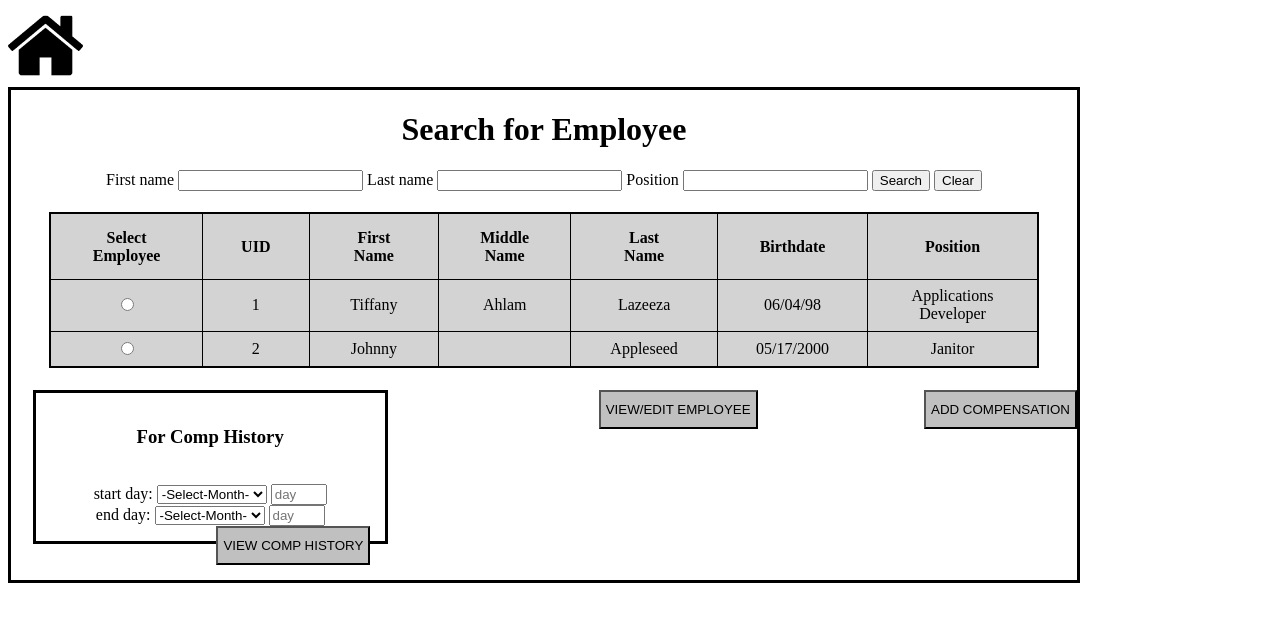
Repository: ticross18/SpringBootEmployeeSystem
Page: http://localhost/searchEmp
The author's editor kept a copy of each file at every save. The page is drawn from the files as they stood at one save, then again after the next save.
The browser window is 1280 px wide. The pictures show the whole page.
The page is this project's Thymeleaf template; nobody is signed in. The template is opened directly, without the code that normally fills it, so the values that code supplies are empty.

Above is the page before, as saved 2022-05-17 18:09:42.

### EmploymentSystem/src/main/resources/templates/searchEmp.html
<!DOCTYPE html>
<html>
<head>
	<title>Search for Employee</title>
	<meta charset="UTF-8">
	<meta name="viewport" content="width=device-width, initial-scale=1.0">
	<link href="css/screens.css" rel="stylesheet" type="text/css">
</head>
<body>

<a href="/"><img src="images/homeIcon2.png" id="homeButton" alt="home button"></a>

<div id="SearchEmpBox" >
	<h1 id="title">Search for Employee</h1>

	<form>
		<label for="fname">First name </label>
		<input type="text" id="fname" name="fname">
		<label for="lname">Last name  </label>
		<input type="text" id="lname" name="lname">
		<label for="position">Position</label>
		<input type="text" id="position" name="position">
		<button type="button" name ="search">Search</button>
		<button type="clear" name ="clear">Clear</button>
	</form>

	<table border=1  rules=rows id="results" >
		<tr>
			<th>Select Employee</th>
			<th>UID</th>
			<th>First Name</th>
			<th>Middle Name</th>
			<th>Last Name</th>
			<th>Birthdate</th>
			<th>Position</th>
		</tr>
		 <tr class="entries">
			<td><input type="radio" name="edit" class="editEmp"/></td>
			<td>1</td>
			<td>Tiffany</td>
			<td>Ahlam</td>
			<td>Lazeeza</td>
			<td>06/04/98</td>
			<td>Applications Developer</td>
		</tr>
		 <tr class="entries">
			<td><input type="radio" name="edit" class="editEmp"/></td>
			<td>2</td>
			<td>Johnny</td>
			<td></td>
			<td>Appleseed</td>
			<td>05/17/2000</td>
			<td>Janitor</td>
		</tr>

	</table>

     <button type="button" class="optionButtons" onclick="location.href = '#';"  id="addEmp" > Add Compensation </button>

     <button type="button" class="optionButtons" onclick="location.href = '#';" id="viewEditEmp"> View/Edit Employee </button>

	<div id="dateRange">
		<h3>For Comp History</h3><br>

		<label >start day:</label>
		    <select class='monthDropDown'>
			    <option selected value=''>-Select-Month-</option>
			    <option value='1'>January</option>
			    <option value='2'>February</option>
			    <option value='3'>March</option>
			    <option value='4'>April</option>
			    <option value='5'>May</option>
			    <option value='6'>June</option>
			    <option value='7'>July</option>
			    <option value='8'>August</option>
			    <option value='9'>September</option>
			    <option value='10'>October</option>
			    <option value='11'>November</option>
			    <option value='12'>December</option>
		    </select>
		    <input type="number"min="0" max="31" placeholder="day"/>

		    <br>

		<label>end day:</label>
		<select class='monthDropDown'>
		    <option selected value=''>-Select-Month-</option>
		    <option value='1'>January</option>
		    <option value='2'>February</option>
		    <option value='3'>March</option>
		    <option value='4'>April</option>
		    <option value='5'>May</option>
		    <option value='6'>June</option>
		    <option value='7'>July</option>
		    <option value='8'>August</option>
		    <option value='9'>September</option>
		    <option value='10'>October</option>
		    <option value='11'>November</option>
		    <option value='12'>December</option>
	    </select>
	    <input type="number"min="0" max="31" placeholder="day"/>
	     <br><button type="button" class="optionButtons" onclick="location.href = '#';" id="compHistory" > View Comp History </button>

	</div>


</div>
</body>
</html>

### EmploymentSystem/src/main/resources/static/css/screens.css
.container {
   display: flex;

}

#homeButton{
	width:75px;
	height:75px;
	position: relative;
}

.asterisk{
	color: red;
}

#addEmpBox {
	padding-left: 40vw;
	border: 3px solid rgb(0, 0, 0);
	padding-bottom: 15px;
}

#addEmpBox input {
	margin-bottom: 15px;
	padding: 2px;
}

#SearchEmpBox {
	border: 3px solid rgb(0, 0, 0);
	padding-bottom: 15px;
	margin-right: 15vw;
	text-align: center;
}

#userInput {
	display:inline-table;
}

#results {
	border: 2px solid black;
	margin: 10px;
	background-color: lightgrey;
	border-collapse: collapse;
	margin:  3vh 3vw;
}

#results th {
	padding: 2vh 3vw;
	border-left: 1px solid #000;
    border-right: 1px solid #000;
}

#results td {
	padding: 1vh 3vw ;
	border-left: 1px solid #000;
    border-right: 1px solid #000;

}

#finalEdit{
	text-align: left;
	position: left;
}

button.optionButtons {
	text-transform: uppercase;
	background-color: rgb(192, 192, 192);

	padding: 10px 5px;
	width:  auto ;

	float:right;
	margin-left: 13vw;
}

button.optionButtons:active {
  box-shadow: 0 5px #666;
  transform: translateY(4px);
}

button.optionButtons:hover {
  background-color: rgb(255, 255, 128);
  cursor: pointer;
}

#dateRange {
	border: 3px solid rgb(0, 0, 0);
	width:fit-content;
	margin: 3vh;
	padding: 2vh;
}



.monthDropDown {
	width:110px;
}


tr.entries:hover {
  background-color: white;
  cursor: pointer;
}

After the next save:
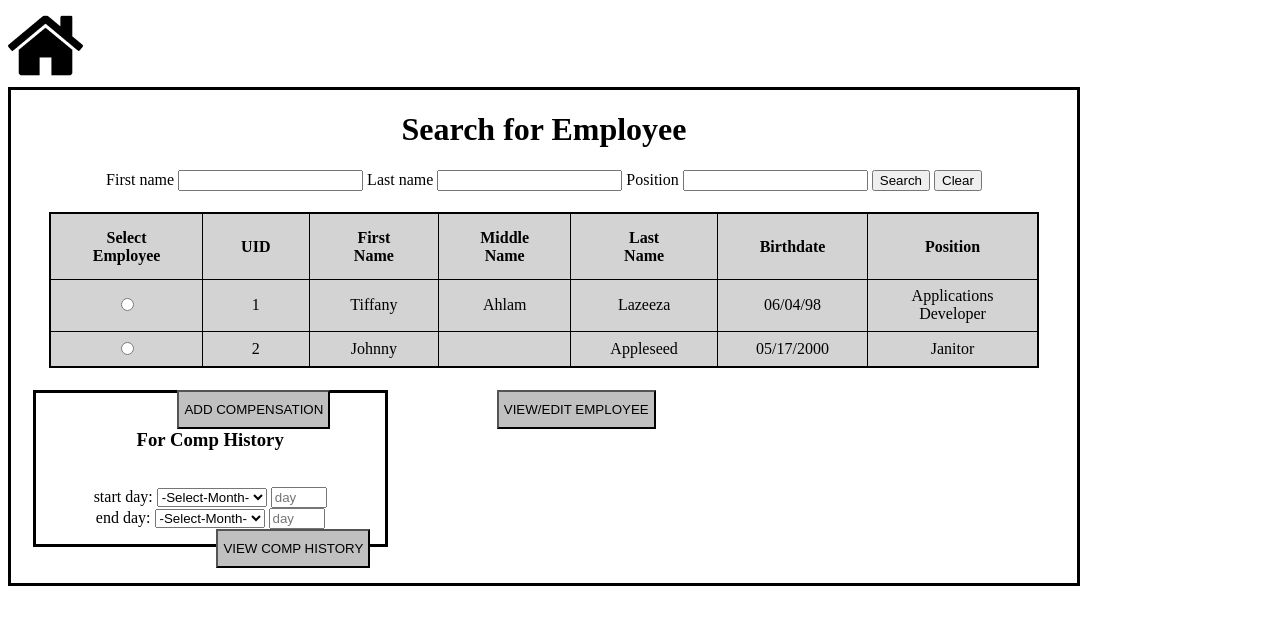
Saved 6 s later.
--- a/EmploymentSystem/src/main/resources/static/css/screens.css
+++ b/EmploymentSystem/src/main/resources/static/css/screens.css
@@ -68,7 +68,7 @@
 	padding: 10px 5px;
 	width:  auto ;
 
-	float:right;
+	float:left;
 	margin-left: 13vw;
 }
 

After the save that followed:
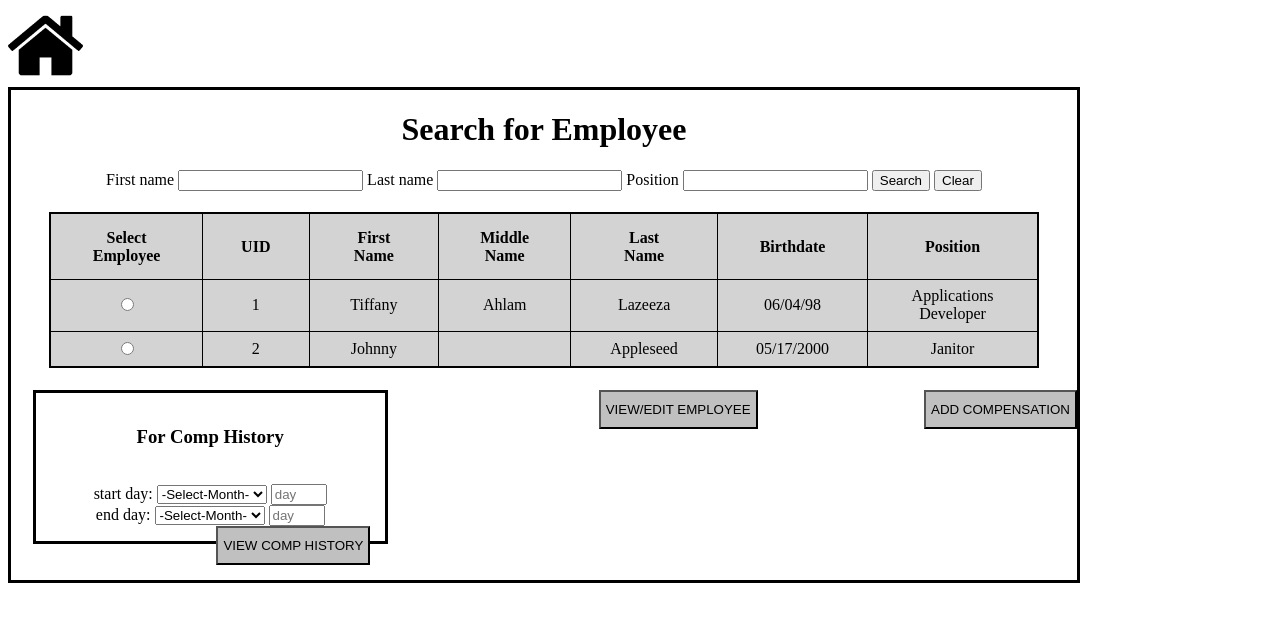
Saved 11 s later.
--- a/EmploymentSystem/src/main/resources/static/css/screens.css
+++ b/EmploymentSystem/src/main/resources/static/css/screens.css
@@ -68,7 +68,7 @@
 	padding: 10px 5px;
 	width:  auto ;
 
-	float:left;
+	float:right;
 	margin-left: 13vw;
 }
 
